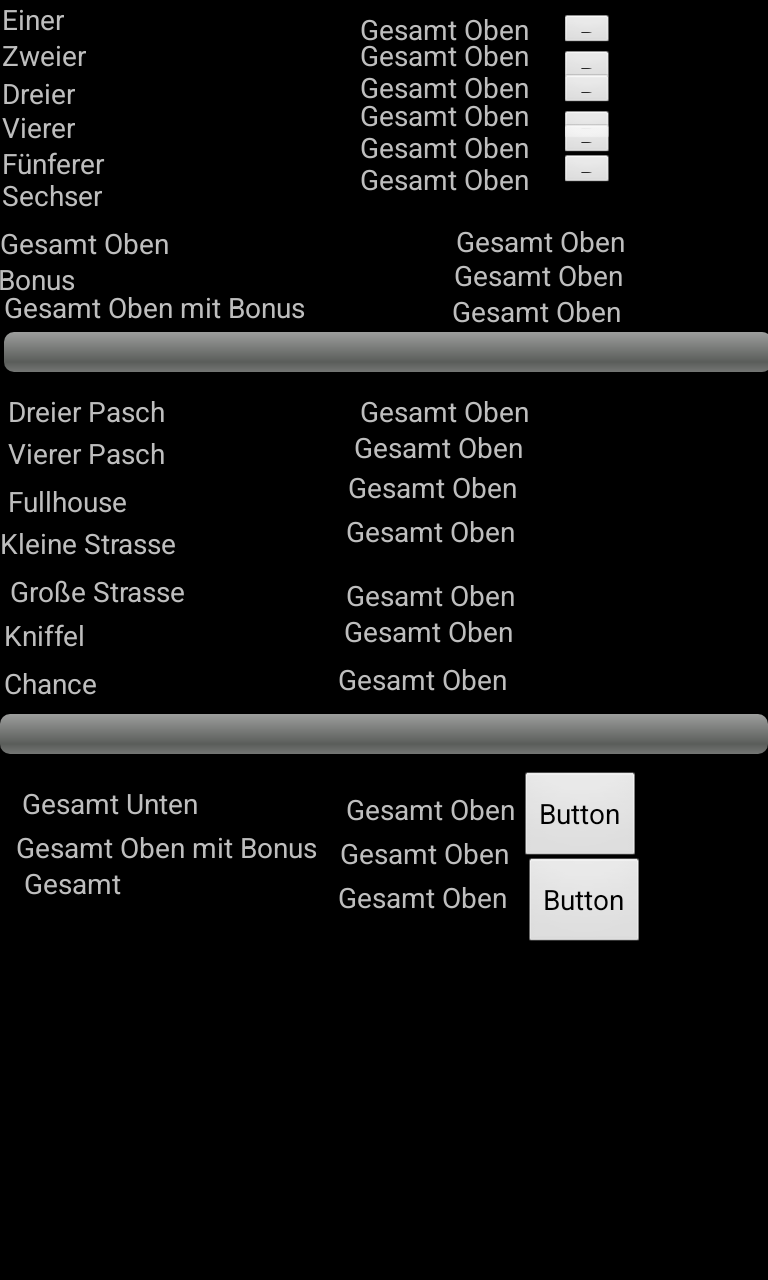
Repository: Lemkerene/App
Layout: kniffel/res/layout/blatt.xml
An editor plug-in stored every save of this project. The layout is shown before and after the next save, followed by the edit.
It is drawn on a 768 x 1280 px phone screen (xhdpi) without system bars, with theme android:Theme; the app's code is not run.

Above is the layout before, as saved 2012-08-05 11:05:23.

### kniffel/res/layout/blatt.xml
<?xml version="1.0" encoding="utf-8"?>
<AbsoluteLayout xmlns:android="http://schemas.android.com/apk/res/android"
    android:id="@+id/AbsoluteLayout1"
    android:layout_width="match_parent"
    android:layout_height="match_parent" >

    <TextView
        android:id="@+id/TextView13"
        android:layout_width="wrap_content"
        android:layout_height="wrap_content"
        android:layout_x="1dp"
        android:text="@string/einer"
        android:textAppearance="?android:attr/textAppearanceSmall" />

    <TextView
        android:id="@+id/textView1"
        android:layout_width="wrap_content"
        android:layout_height="wrap_content"
        android:layout_x="0dp"
        android:layout_y="112dp"
        android:text="@string/gesoben"
        android:textAppearance="?android:attr/textAppearanceSmall" />

    <TextView
        android:id="@+id/TextView07"
        android:layout_width="wrap_content"
        android:layout_height="wrap_content"
        android:layout_x="2dp"
        android:layout_y="144dp"
        android:text="@string/gesoben2"
        android:textAppearance="?android:attr/textAppearanceSmall" />

    <ProgressBar
        android:id="@+id/progressBar1"
        style="?android:attr/progressBarStyleHorizontal"
        android:layout_width="match_parent"
        android:layout_height="wrap_content"
        android:layout_x="2dp"
        android:layout_y="166dp" />

    <TextView
        android:id="@+id/TextView05"
        android:layout_width="wrap_content"
        android:layout_height="wrap_content"
        android:layout_x="4dp"
        android:layout_y="196dp"
        android:text="@string/dreierpasch"
        android:textAppearance="?android:attr/textAppearanceSmall" />

    <TextView
        android:id="@+id/TextView04"
        android:layout_width="wrap_content"
        android:layout_height="wrap_content"
        android:layout_x="4dp"
        android:layout_y="217dp"
        android:text="@string/viererpasch"
        android:textAppearance="?android:attr/textAppearanceSmall" />

    <TextView
        android:id="@+id/TextView03"
        android:layout_width="wrap_content"
        android:layout_height="wrap_content"
        android:layout_x="4dp"
        android:layout_y="241dp"
        android:text="@string/fullhouse"
        android:textAppearance="?android:attr/textAppearanceSmall" />

    <TextView
        android:id="@+id/TextView02"
        android:layout_width="wrap_content"
        android:layout_height="wrap_content"
        android:layout_x="0dp"
        android:layout_y="262dp"
        android:text="@string/kleinestr"
        android:textAppearance="?android:attr/textAppearanceSmall" />

    <TextView
        android:id="@+id/TextView06"
        android:layout_width="wrap_content"
        android:layout_height="wrap_content"
        android:layout_x="5dp"
        android:layout_y="286dp"
        android:text="@string/grostr"
        android:textAppearance="?android:attr/textAppearanceSmall" />

    <TextView
        android:id="@+id/TextView14"
        android:layout_width="wrap_content"
        android:layout_height="wrap_content"
        android:layout_x="2dp"
        android:layout_y="308dp"
        android:text="@string/kniffel"
        android:textAppearance="?android:attr/textAppearanceSmall" />

    <TextView
        android:id="@+id/TextView15"
        android:layout_width="wrap_content"
        android:layout_height="wrap_content"
        android:layout_x="2dp"
        android:layout_y="332dp"
        android:text="@string/chance"
        android:textAppearance="?android:attr/textAppearanceSmall" />

    <ProgressBar
        android:id="@+id/ProgressBar01"
        style="?android:attr/progressBarStyleHorizontal"
        android:layout_width="match_parent"
        android:layout_height="wrap_content"
        android:layout_x="0dp"
        android:layout_y="357dp" />

    <TextView
        android:id="@+id/TextView17"
        android:layout_width="wrap_content"
        android:layout_height="wrap_content"
        android:layout_x="8dp"
        android:layout_y="414dp"
        android:text="@string/gesoben2"
        android:textAppearance="?android:attr/textAppearanceSmall" />

    <TextView
        android:id="@+id/TextView16"
        android:layout_width="wrap_content"
        android:layout_height="wrap_content"
        android:layout_x="11dp"
        android:layout_y="392dp"
        android:text="@string/gesunten"
        android:textAppearance="?android:attr/textAppearanceSmall" />

    <TextView
        android:id="@+id/TextView18"
        android:layout_width="wrap_content"
        android:layout_height="wrap_content"
        android:layout_x="12dp"
        android:layout_y="432dp"
        android:text="@string/ges"
        android:textAppearance="?android:attr/textAppearanceSmall" />

    <Button
        android:id="@+id/button2"
        android:layout_width="wrap_content"
        android:layout_height="wrap_content"
        android:layout_x="259dp"
        android:layout_y="385dp"
        android:text="Button" />

    <Button
        android:id="@+id/button1"
        android:layout_width="wrap_content"
        android:layout_height="wrap_content"
        android:layout_x="261dp"
        android:layout_y="428dp"
        android:text="Button" />

    <TextView
        android:id="@+id/TextView12"
        android:layout_width="wrap_content"
        android:layout_height="wrap_content"
        android:layout_x="1dp"
        android:layout_y="18dp"
        android:text="@string/zweier"
        android:textAppearance="?android:attr/textAppearanceSmall" />

    <TextView
        android:id="@+id/TextView11"
        android:layout_width="wrap_content"
        android:layout_height="wrap_content"
        android:layout_x="1dp"
        android:layout_y="37dp"
        android:text="@string/dreier"
        android:textAppearance="?android:attr/textAppearanceSmall" />

    <TextView
        android:id="@+id/TextView10"
        android:layout_width="wrap_content"
        android:layout_height="wrap_content"
        android:layout_x="1dp"
        android:layout_y="54dp"
        android:text="@string/vierer"
        android:textAppearance="?android:attr/textAppearanceSmall" />

    <TextView
        android:id="@+id/TextView09"
        android:layout_width="wrap_content"
        android:layout_height="wrap_content"
        android:layout_x="1dp"
        android:layout_y="72dp"
        android:text="@string/funfer"
        android:textAppearance="?android:attr/textAppearanceSmall" />

    <TextView
        android:id="@+id/TextView01"
        android:layout_width="wrap_content"
        android:layout_height="wrap_content"
        android:layout_x="1dp"
        android:layout_y="88dp"
        android:text="@string/sechser"
        android:textAppearance="?android:attr/textAppearanceSmall" />

    <TextView
        android:id="@+id/TextView08"
        android:layout_width="wrap_content"
        android:layout_height="wrap_content"
        android:layout_x="-1dp"
        android:layout_y="130dp"
        android:text="@string/bon"
        android:textAppearance="?android:attr/textAppearanceSmall" />


    <TextView
        android:id="@+id/gesOben1"
        android:layout_width="wrap_content"
        android:layout_height="wrap_content"
        android:layout_x="228dp"
        android:layout_y="111dp"
        android:text="@string/gesoben"
        android:textAppearance="?android:attr/textAppearanceSmall" />


    <TextView
        android:id="@+id/Bon"
        android:layout_width="wrap_content"
        android:layout_height="wrap_content"
        android:layout_x="227dp"
        android:layout_y="128dp"
        android:text="@string/gesoben"
        android:textAppearance="?android:attr/textAppearanceSmall" />


    <TextView
        android:id="@+id/GesOben2"
        android:layout_width="wrap_content"
        android:layout_height="wrap_content"
        android:layout_x="226dp"
        android:layout_y="146dp"
        android:text="@string/gesoben"
        android:textAppearance="?android:attr/textAppearanceSmall" />


    <TextView
        android:id="@+id/gesOben3"
        android:layout_width="wrap_content"
        android:layout_height="wrap_content"
        android:layout_x="170dp"
        android:layout_y="417dp"
        android:text="@string/gesoben"
        android:textAppearance="?android:attr/textAppearanceSmall" />

    <TextView
        android:id="@+id/TextView24"
        android:layout_width="wrap_content"
        android:layout_height="wrap_content"
        android:layout_x="169dp"
        android:layout_y="439dp"
        android:text="@string/gesoben"
        android:textAppearance="?android:attr/textAppearanceSmall" />

    <TextView
        android:id="@+id/TextView22"
        android:layout_width="wrap_content"
        android:layout_height="wrap_content"
        android:layout_x="173dp"
        android:layout_y="395dp"
        android:text="@string/gesoben"
        android:textAppearance="?android:attr/textAppearanceSmall" />


    <TextView
        android:id="@+id/ein1er"
        android:layout_width="wrap_content"
        android:layout_height="wrap_content"
        android:layout_x="180dp"
        android:layout_y="5dp"
        android:text="@string/gesoben"
        android:textAppearance="?android:attr/textAppearanceSmall" />


    <TextView
        android:id="@+id/ein2er"
        android:layout_width="wrap_content"
        android:layout_height="wrap_content"
        android:layout_x="180dp"
        android:layout_y="18dp"
        android:text="@string/gesoben"
        android:textAppearance="?android:attr/textAppearanceSmall" />


    <TextView
        android:id="@+id/ein3er"
        android:layout_width="wrap_content"
        android:layout_height="wrap_content"
        android:layout_x="180dp"
        android:layout_y="34dp"
        android:text="@string/gesoben"
        android:textAppearance="?android:attr/textAppearanceSmall" />

    <TextView
        android:id="@+id/TextView28"
        android:layout_width="wrap_content"
        android:layout_height="wrap_content"
        android:layout_x="180dp"
        android:layout_y="196dp"
        android:text="@string/gesoben"
        android:textAppearance="?android:attr/textAppearanceSmall" />

    <TextView
        android:id="@+id/TextView30"
        android:layout_width="wrap_content"
        android:layout_height="wrap_content"
        android:layout_x="177dp"
        android:layout_y="214dp"
        android:text="@string/gesoben"
        android:textAppearance="?android:attr/textAppearanceSmall" />

    <TextView
        android:id="@+id/TextView29"
        android:layout_width="wrap_content"
        android:layout_height="wrap_content"
        android:layout_x="174dp"
        android:layout_y="234dp"
        android:text="@string/gesoben"
        android:textAppearance="?android:attr/textAppearanceSmall" />

    <TextView
        android:id="@+id/TextView36"
        android:layout_width="wrap_content"
        android:layout_height="wrap_content"
        android:layout_x="173dp"
        android:layout_y="256dp"
        android:text="@string/gesoben"
        android:textAppearance="?android:attr/textAppearanceSmall" />

    <TextView
        android:id="@+id/TextView34"
        android:layout_width="wrap_content"
        android:layout_height="wrap_content"
        android:layout_x="173dp"
        android:layout_y="288dp"
        android:text="@string/gesoben"
        android:textAppearance="?android:attr/textAppearanceSmall" />

    <TextView
        android:id="@+id/TextView35"
        android:layout_width="wrap_content"
        android:layout_height="wrap_content"
        android:layout_x="172dp"
        android:layout_y="306dp"
        android:text="@string/gesoben"
        android:textAppearance="?android:attr/textAppearanceSmall" />

    <TextView
        android:id="@+id/TextView37"
        android:layout_width="wrap_content"
        android:layout_height="wrap_content"
        android:layout_x="169dp"
        android:layout_y="330dp"
        android:text="@string/gesoben"
        android:textAppearance="?android:attr/textAppearanceSmall" />


    <Button
        android:id="@+id/be1"
        style="?android:attr/buttonStyleSmall"
        android:layout_width="27dp"
        android:layout_height="18dp"
        android:layout_x="280dp"
        android:layout_y="7dp"
        android:onClick="OnClickeintrag"
        android:text="Button" />


    <Button
        android:id="@+id/be2"
        style="?android:attr/buttonStyleSmall"
        android:layout_width="27dp"
        android:layout_height="18dp"
        android:layout_x="280dp"
        android:layout_y="25dp"
        android:onClick="OnClickeintrag"
        android:text="Button" />


    <Button
        android:id="@+id/be3"
        style="?android:attr/buttonStyleSmall"
        android:layout_width="27dp"
        android:layout_height="18dp"
        android:layout_x="280dp"
        android:layout_y="37dp"
        android:onClick="OnClickeintrag"
        android:text="Button" />


    <Button
        android:id="@+id/be4"
        style="?android:attr/buttonStyleSmall"
        android:layout_width="27dp"
        android:layout_height="18dp"
        android:layout_x="280dp"
        android:layout_y="55dp"
        android:onClick="OnClickeintrag"
        android:text="Button" />

    <Button
        android:id="@+id/be5"
        style="?android:attr/buttonStyleSmall"
        android:layout_width="27dp"
        android:layout_height="18dp"
        android:layout_x="280dp"
        android:layout_y="62dp"
        android:onClick="OnClickeintrag"
        android:text="Button" />

    <Button
        android:id="@+id/be6"
        style="?android:attr/buttonStyleSmall"
        android:layout_width="27dp"
        android:layout_height="18dp"
        android:layout_x="280dp"
        android:layout_y="77dp"
        android:onClick="OnClickeintrag"
        android:text="Button" />

    <TextView
        android:id="@+id/ein4er"
        android:layout_width="wrap_content"
        android:layout_height="wrap_content"
        android:layout_x="180dp"
        android:layout_y="48dp"
        android:text="@string/gesoben"
        android:textAppearance="?android:attr/textAppearanceSmall" />

    <TextView
        android:id="@+id/ein5er"
        android:layout_width="wrap_content"
        android:layout_height="wrap_content"
        android:layout_x="180dp"
        android:layout_y="64dp"
        android:text="@string/gesoben"
        android:textAppearance="?android:attr/textAppearanceSmall" />

    <TextView
        android:id="@+id/ein6er"
        android:layout_width="wrap_content"
        android:layout_height="wrap_content"
        android:layout_x="180dp"
        android:layout_y="80dp"
        android:text="@string/gesoben"
        android:textAppearance="?android:attr/textAppearanceSmall" />

</AbsoluteLayout>

### kniffel/res/values/strings.xml
<?xml version="1.0" encoding="utf-8"?>
<resources>

    <string name="hello">Hello World, KniffelActivity!</string>
    <string name="app_name">Kniffel</string>
    <color name="myColor">#ff0000</color>

    <string name="einer">Einer</string>
    <string name="zweier">Zweier</string>
    <string name="dreier">Dreier</string>
    <string name="vierer">Vierer</string>
    <string name="funfer">Fünferer</string>
    <string name="sechser">Sechser</string>

    <string name="dreierpasch">Dreier Pasch</string>
    <string name="viererpasch">Vierer Pasch</string>
    <string name="fullhouse">Fullhouse</string>
    <string name="kleinestr">Kleine Strasse</string>
    <string name="grostr">Große Strasse</string>
    <string name="kniffel">Kniffel</string>
    <string name="chance">Chance</string>

    <string name="gesoben">Gesamt Oben</string>
    <string name="gesoben2">Gesamt Oben mit Bonus</string>
    <string name="gesunten">Gesamt Unten</string>
    <string name="ges">Gesamt</string>
    <string name="bon">Bonus</string>
    <string name="wurf">Würfeln</string>
    <string name="name">Name</string>






</resources>

After the next save:
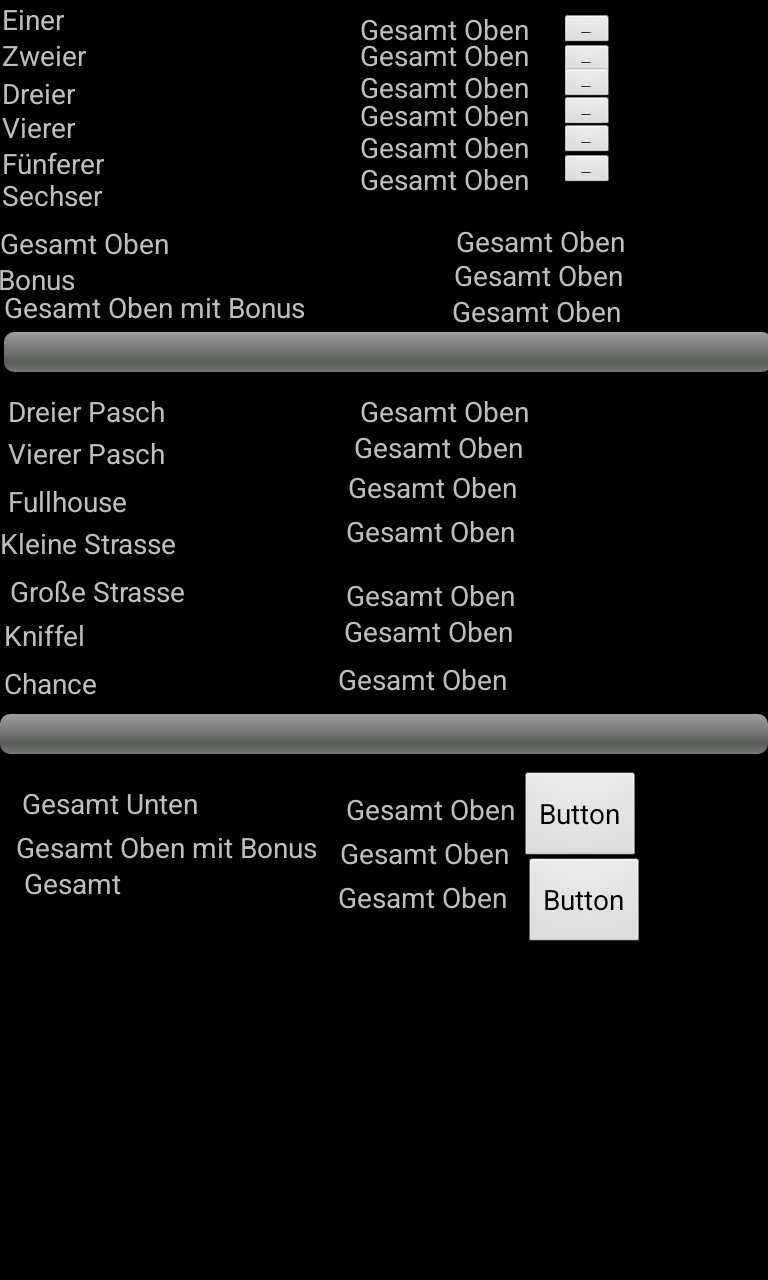
Saved 3 min 18 s later.
--- a/kniffel/res/layout/blatt.xml
+++ b/kniffel/res/layout/blatt.xml
@@ -1,8 +1,9 @@
 <?xml version="1.0" encoding="utf-8"?>
 <AbsoluteLayout xmlns:android="http://schemas.android.com/apk/res/android"
     android:id="@+id/AbsoluteLayout1"
+    android:text="Spieler"
     android:layout_width="match_parent"
-    android:layout_height="match_parent" >
+    android:layout_height="wrap_content" >
 
     <TextView
         android:id="@+id/TextView13"
@@ -375,7 +376,7 @@
         android:layout_width="27dp"
         android:layout_height="18dp"
         android:layout_x="280dp"
-        android:layout_y="25dp"
+        android:layout_y="22dp"
         android:onClick="OnClickeintrag"
         android:text="Button" />
 
@@ -386,7 +387,7 @@
         android:layout_width="27dp"
         android:layout_height="18dp"
         android:layout_x="280dp"
-        android:layout_y="37dp"
+        android:layout_y="34dp"
         android:onClick="OnClickeintrag"
         android:text="Button" />
 
@@ -397,7 +398,7 @@
         android:layout_width="27dp"
         android:layout_height="18dp"
         android:layout_x="280dp"
-        android:layout_y="55dp"
+        android:layout_y="48dp"
         android:onClick="OnClickeintrag"
         android:text="Button" />
 
